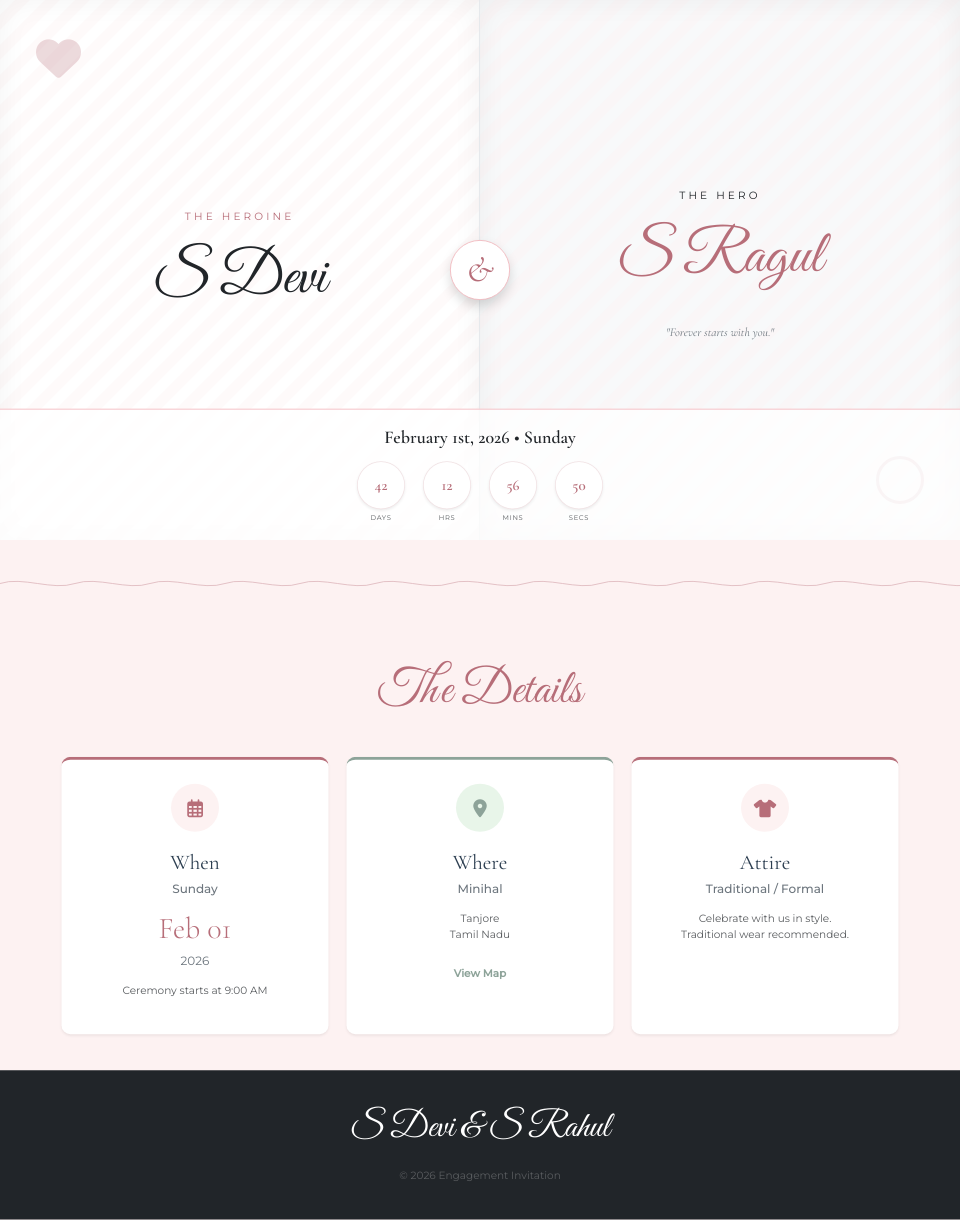
Repository: Eswar2585/Invitation
Page: index.html
An editor plug-in stored every save of this project. The page is shown before and after the next save, followed by the edit.
The browser window is 1280 px wide. The pictures show the whole page, at 75% of full size.

Above is the page before, as saved 2025-12-20 20:09:31.

After the next save:
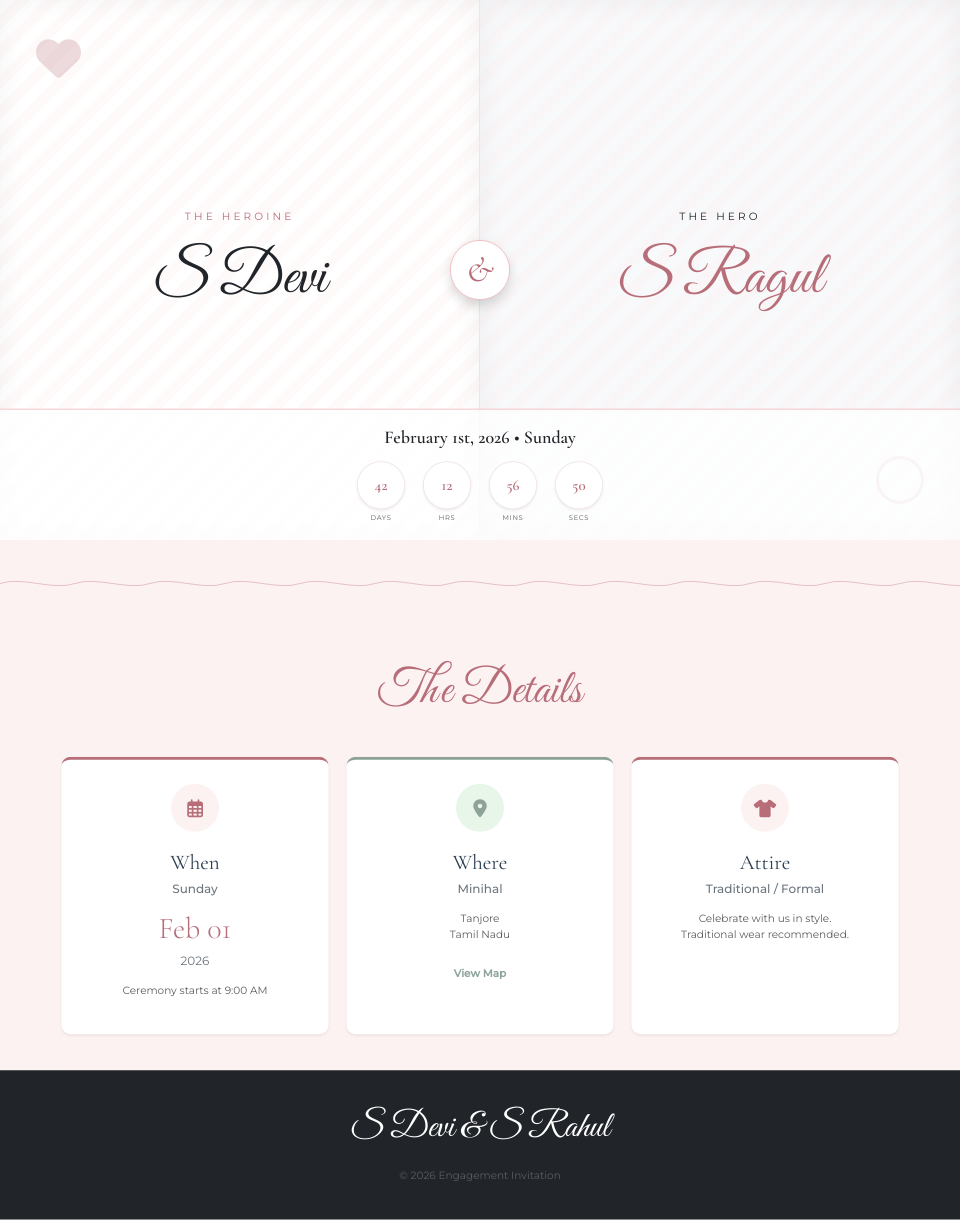
Saved 4 s later.
--- a/index.html
+++ b/index.html
@@ -83,7 +83,7 @@
                     </div>
                     <p class="title-text font-sans text-dark text-uppercase small mb-2 mb-md-4" style="letter-spacing: 0.3em;">The Hero</p>
                     <h1 class="name-text font-script text-rose-gold mb-2 mb-md-4" style="z-index: 10; position: relative;">S Ragul</h1>
-                    <p class="quote-text font-serif fst-italic text-secondary mt-2 mt-md-3">"Forever starts with you."</p>
+
                 </div>
 
                 <!-- Bottom Countdown Overlay -->
